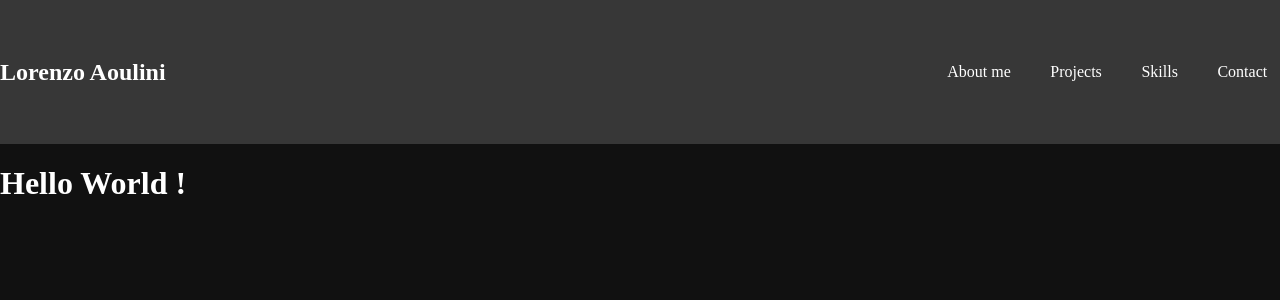
Repository: lolo298/lolo298.github.io
Page: index.html
The author's editor kept a copy of each file at every save. The page is drawn from the files as they stood at one save, then again after the next save.
The browser window is 1280 px wide. The pictures show the whole page.

Above is the page before, as saved 2022-05-09 17:39:27.

After the next save:
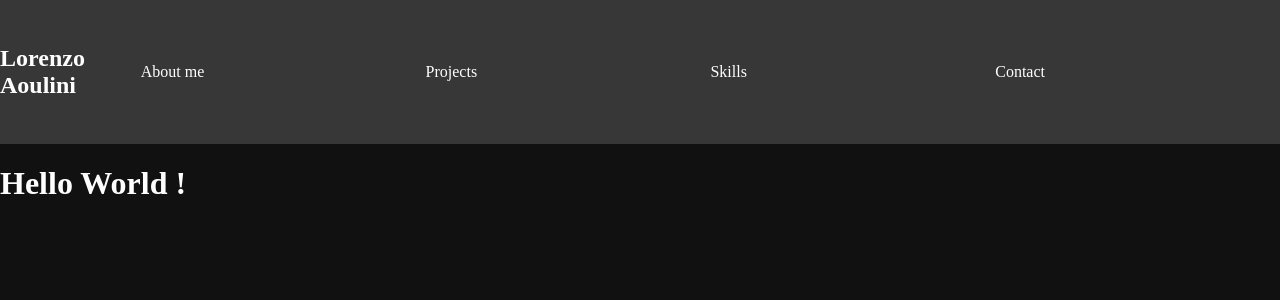
Saved 38 s later.
--- a/index.html
+++ b/index.html
@@ -15,10 +15,18 @@
             <h1>Lorenzo Aoulini</h1>
             <a class="main-navbar-list">
                 <div class="main-navbar-item" href="#">About me</div>
+            </a>
+            <a class="main-navbar-list">
                 <div class="main-navbar-item" href="#">Projects</div>
+            </a>
+            <a class="main-navbar-list">
                 <div class="main-navbar-item" href="#">Skills</div>
+            </a>
+            <a class="main-navbar-list">
                 <div class="main-navbar-item" href="#">Contact</div>
             </a>
+
+
         </nav>
         <h1>Hello World !</h1>
 
